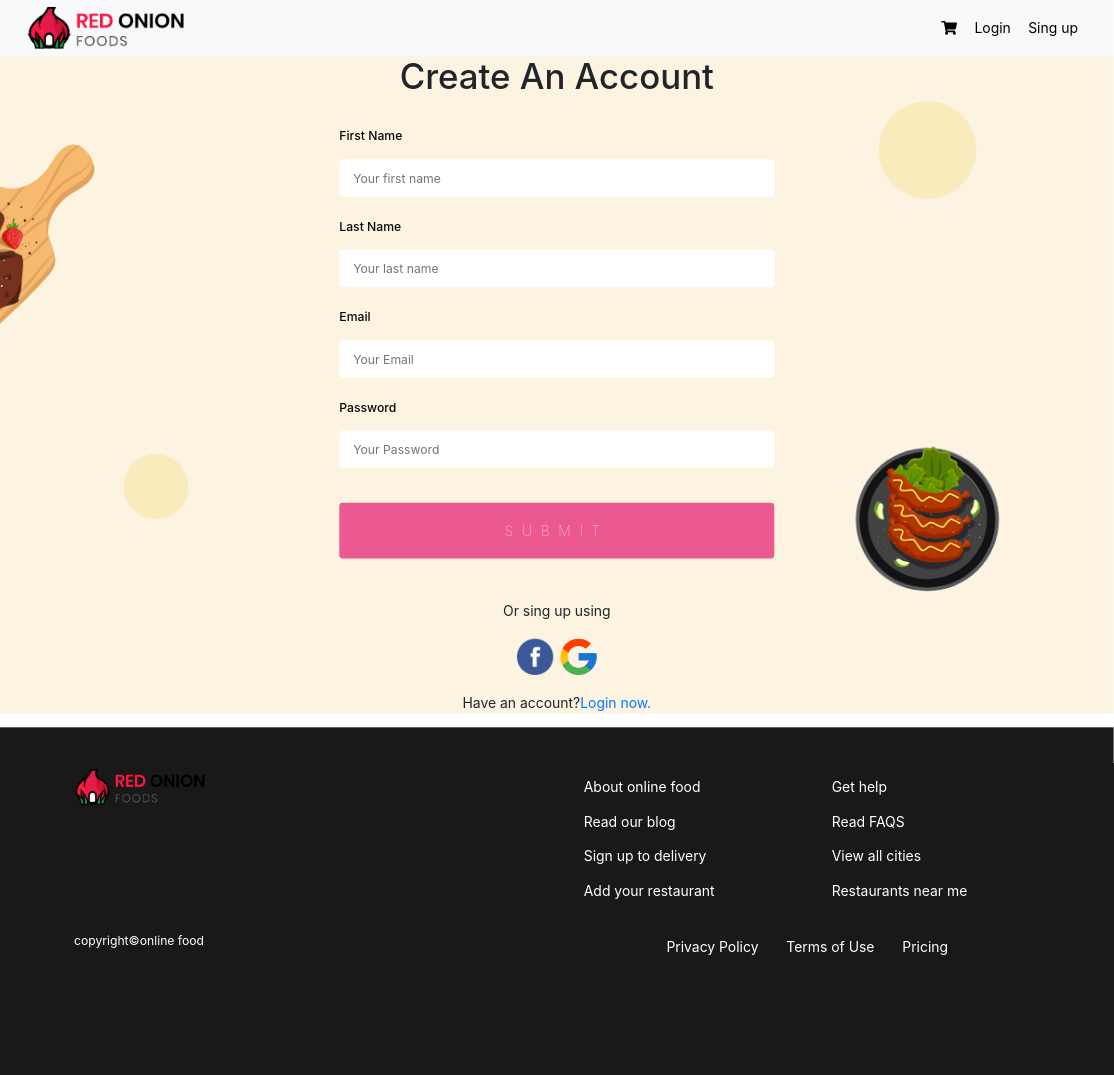
Repository: arif286/red-onion-client
Page: /
An editor plug-in stored every save of this project. The page is shown before and after the next save, followed by the edit.
The browser window is 1280 px wide. The pictures show the whole page, at 87% of full size.
The project was rebuilt for these pictures with package versions that can differ from the ones it lists, and the page was loaded fresh each time. Also part of the build but not shown: src/App.css, src/components/Cart/Cart.js, src/components/SearchBar/SearchBar.css, src/components/SearchBar/SearchBar.js, src/components/FoodDetails/FoodDetail.css, src/components/FoodDetails/FoodDetail.js, src/components/DeliveryFood/DeliveryFood.js, src/components/Food/Food.css and 4 more.

Above is the page before, as saved 2021-03-26 14:49:25.

After the next save:
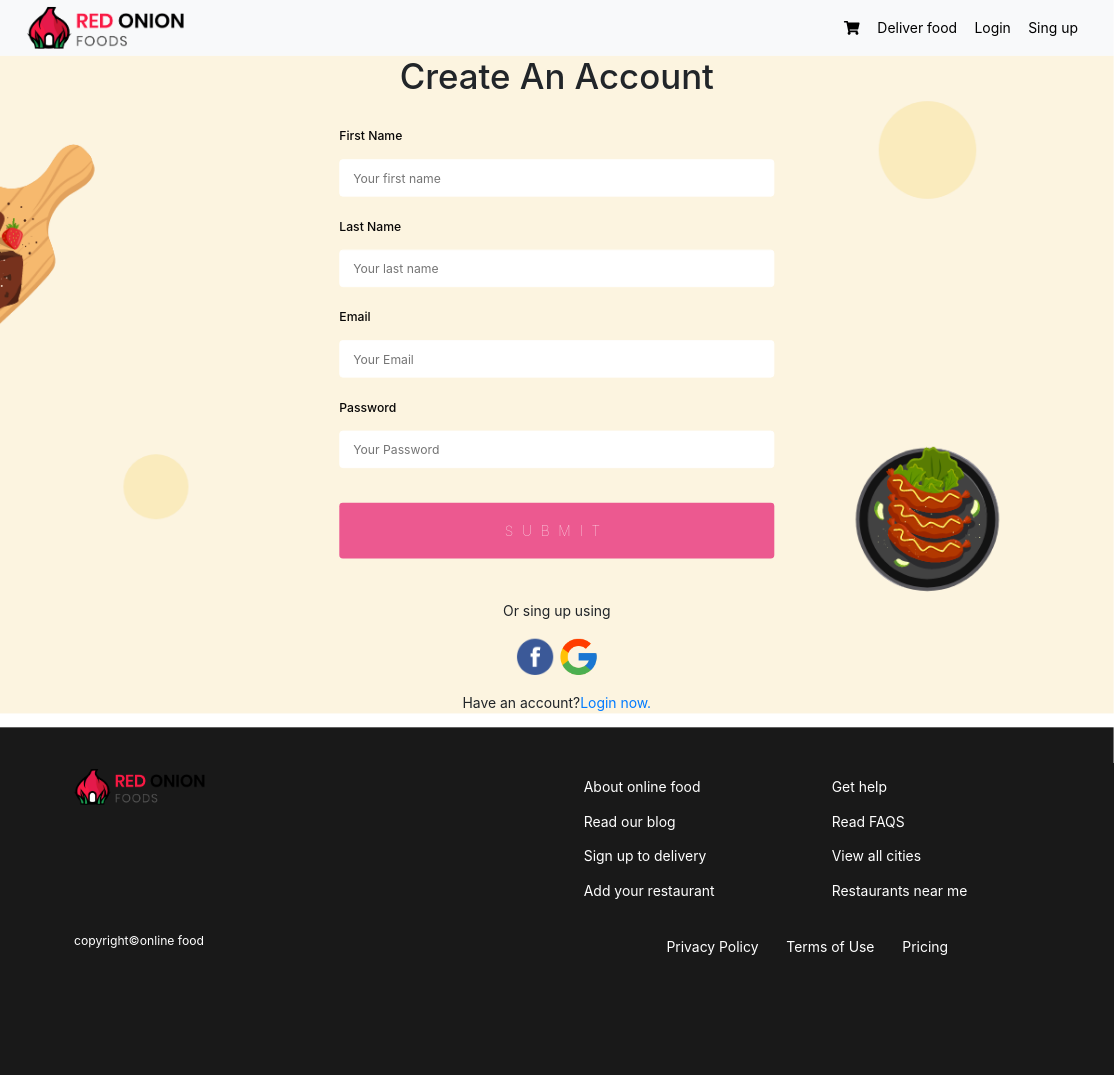
Saved 2 min 7 s later.
--- a/src/components/Header/Header.js
+++ b/src/components/Header/Header.js
@@ -38,6 +38,11 @@
                   </NavLink>
                 </li>
                 <li className="nav-item">
+                  <NavLink className="header-link" to="/cart">
+                    Deliver food
+                  </NavLink>
+                </li>
+                <li className="nav-item">
                   <NavLink className="header-link" to="/login">
                     Login
                   </NavLink>
